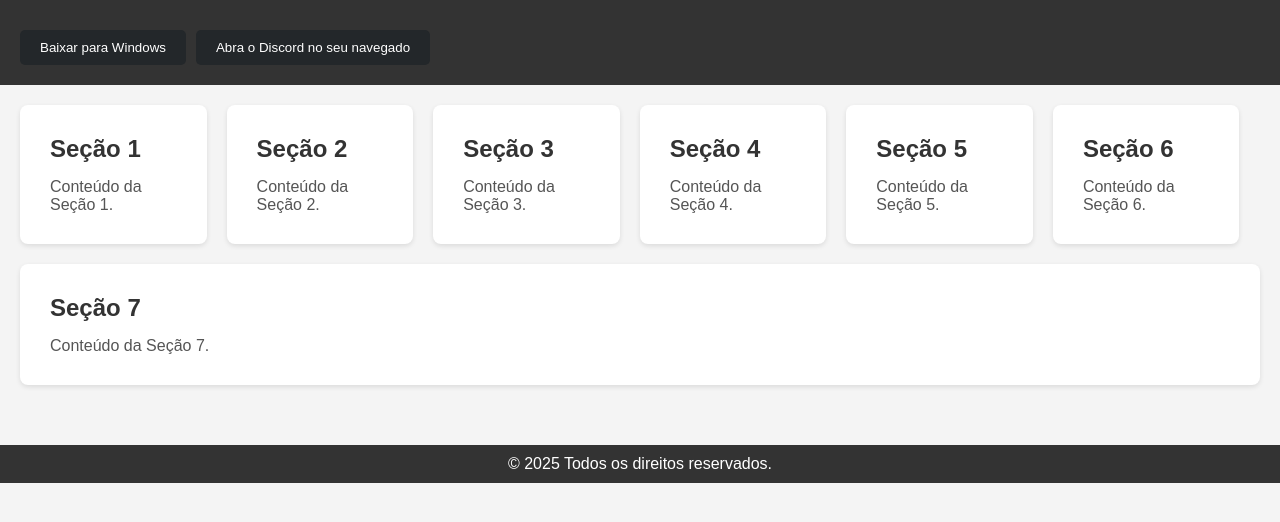
Repository: gustavotwist/projeto-discord
Page: index.html
The author's editor kept a copy of each file at every save. The page is drawn from the files as they stood at one save, then again after the next save.
The browser window is 1280 px wide. The pictures show the whole page.

Above is the page before, as saved 2025-03-10 09:56:42.

After the next save:
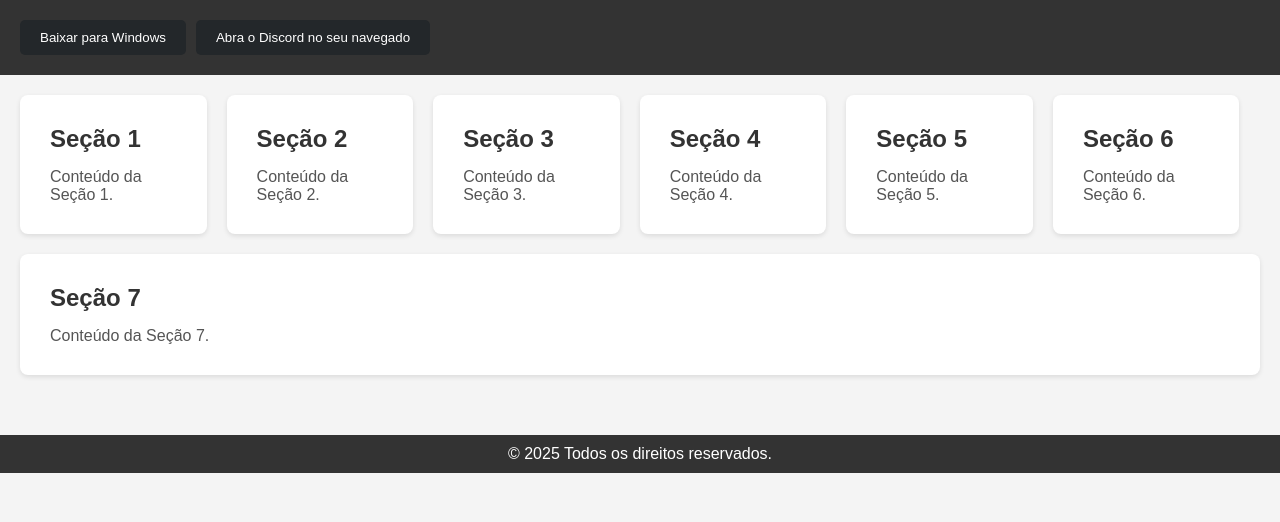
Saved 18 s later.
--- a/css/style.css
+++ b/css/style.css
@@ -29,7 +29,7 @@
 .header-buttons {
     display: flex;
     gap: 10px; /* Espaçamento entre os botões */
-    margin-top: 10px; /* Distância entre os botões e a navegação */
+
 }
 
 /* Estilos gerais para os botões */

After the save that followed:
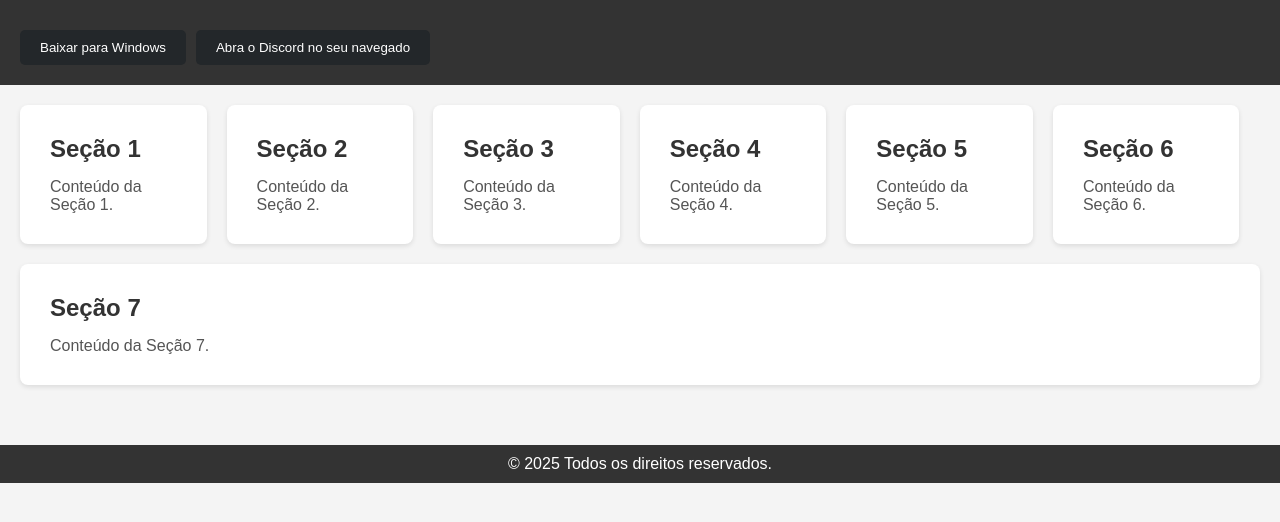
Saved 7 s later.
--- a/css/style.css
+++ b/css/style.css
@@ -29,7 +29,7 @@
 .header-buttons {
     display: flex;
     gap: 10px; /* Espaçamento entre os botões */
-
+    margin-top: 10px; /* Distância entre os botões e a navegação */
 }
 
 /* Estilos gerais para os botões */
